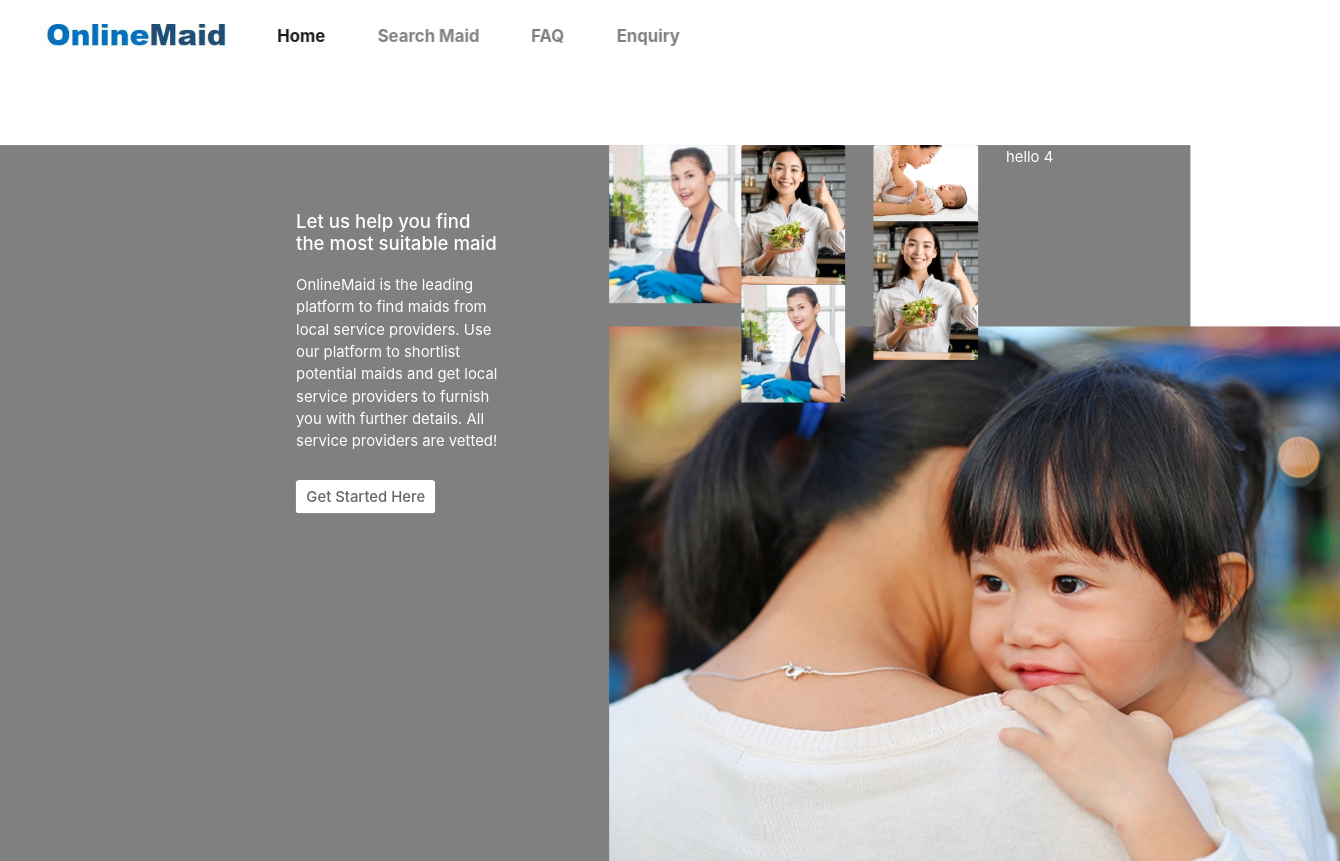
Repository: Code-Institute-Submissions/Project-1---Online-Maid
Page: testing.html
The author's editor kept a record of every edit. The page is drawn from the files as they stood at one moment, then again after the next edit.
The browser window is 1280 px wide. The page is 1441 px wide, so the pictures cover 1441 px, including what lies to the right of the window. The pictures show the whole page, at 93% of full size.
Some web libraries are served in a nearby version.

Above is the page before.

After the next edit:
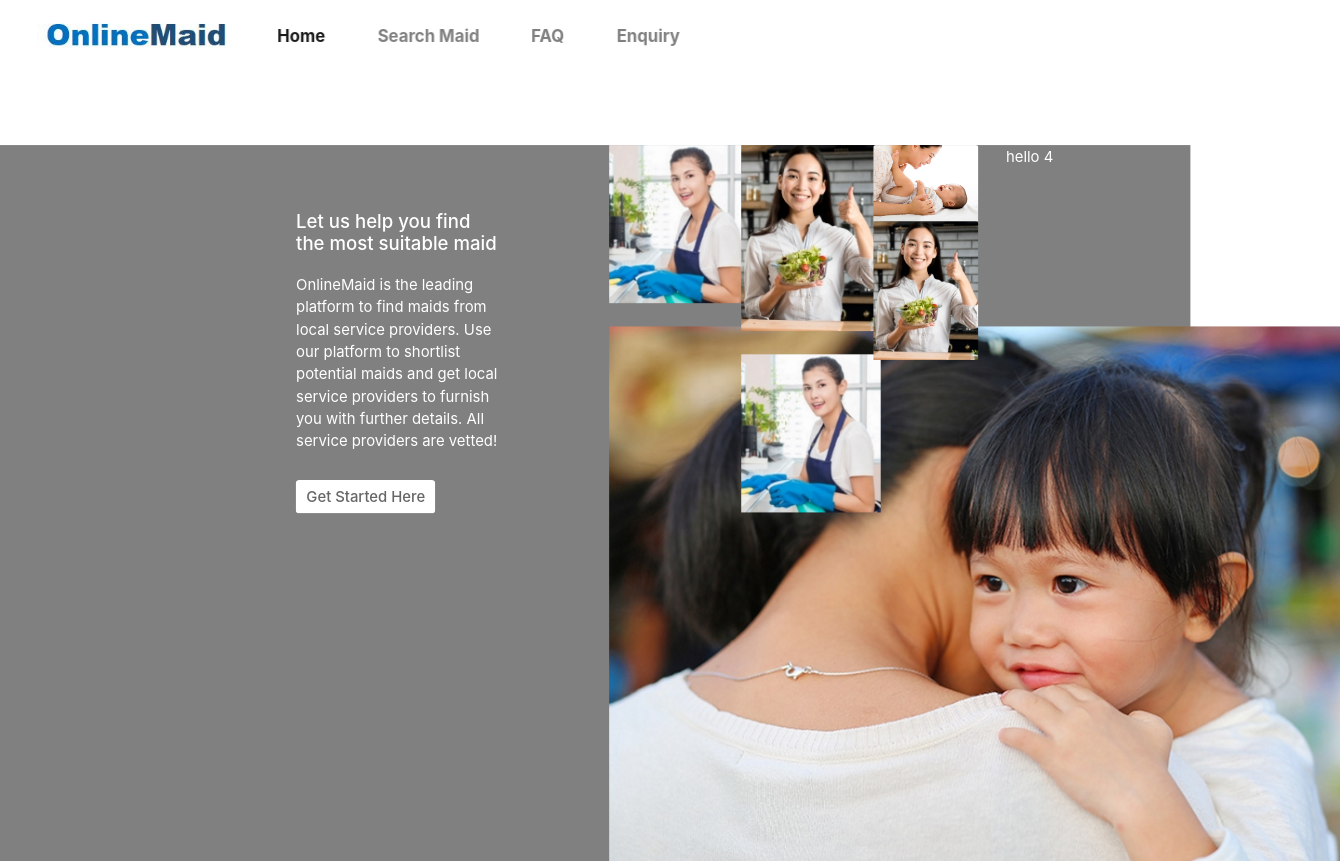
The edit:
--- a/testing.html
+++ b/testing.html
@@ -58,8 +58,8 @@
         </div>
 
         <div class="col-4 picture-col-2">
-          <img class="card-img-top" src="images/enquiry3a.jpg" alt="Card image cap">
-          <img class="card-img-top" src="images/enquiry2a.jpg" alt="Card image cap">
+          <img class="card-img-top-3" src="images/enquiry3a.jpg" alt="Card image cap">
+          <img class="card-img-top-4" src="images/enquiry2a.jpg" alt="Card image cap">
         </div>
 
         <div class="col-4 picture-col-3">
